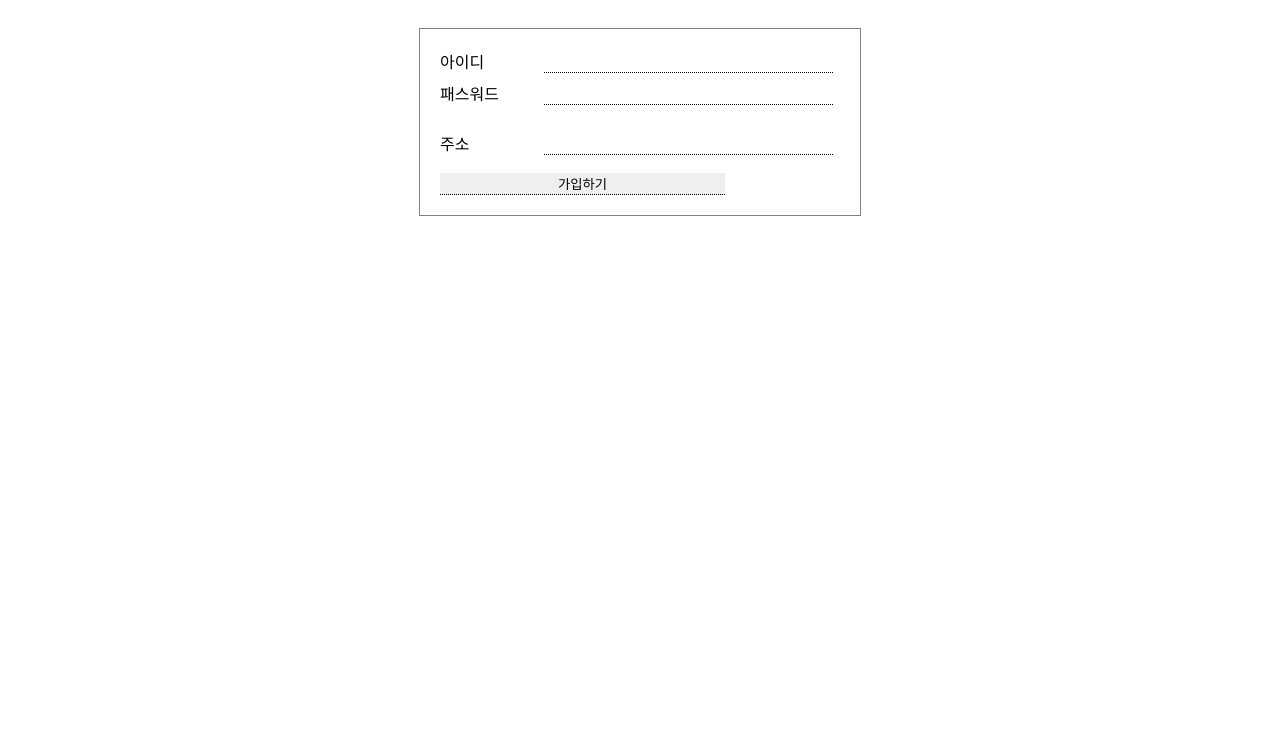
Repository: hyunhub-Park/jspStudy
Page: jspStudy/src/main/webapp/member/write.html
These files come from the project's save history. The page is drawn as it stood at one moment and after the next save; the edit follows.
The browser window is 1280 px wide. The pictures show the whole page.

Above is the page before, as saved 2024-12-03 12:29:15.

### jspStudy/src/main/webapp/member/write.html
<!DOCTYPE html>
<html lang="en">
<head>
    <meta charset="UTF-8">
    <meta name="viewport" content="width=device-width, initial-scale=1.0">
    <title>Register</title>
    <style>
        body
        {
            padding-top: 20px;
            height: 100vh;
        }

        form
        {
            width: 400px;
            margin: 0 auto;
            padding: 20px;
            border: 1px solid gray;
        }

        form label
        {
            display: inline-block;
            width: 100px;
        }

        form input #id
        {
            width: 100%;
            padding: 8px;
            display: block;
            background-color: aquamarine;
        }

/*         form button
        {
            width: 100%;
            padding: 8px;
            display: block;
            background-color: aquamarine;
        } */

/*         form #addr2
        {
            margin-left: 105px;
        } */

        form input
        {
            display: inline-block;
            width: 285px;
            border: none;
            border-bottom: 1px dotted black;
            outline: none;
        }

/*         #email1, #email2
        {
            width: 130px
        } */

        form p
        {
            font-size: 8px;
            margin-left: 105px;
        }
    </style>
    <script>
        // function onLoad ()
        // {
        //     // 객체 찾기.
        //     const pwd = document.querySelector('#pwd');
        //     const id =  document.querySelector('#id');
        //     const pwd_ck = document.querySelector('#pwd_ch');

        //     // 이벤트 리스너 등록 및 핸들러 처리.
        //     pwd.addEventListener("click", () =>
        //     {
        //         pwd.nextSibling.textContent = "영문자, 대소문자, 특수문자, 숫자 포함 8-32자."
        //     });

        //     id.addEventListener ("blur", ()=>
        //     {
        //         if(id.value.lenth <= 0)
        //         {
        //             idText.nextSibling.textContent = "필수입력항목";
        //         }
        //     });

        //     pwd.addEventListener ("blur", ()=>
        //     {
        //         if(pwd.value.lenth <= 0)
        //         {
        //             pwd.nextSibling.textContent = "필수입력항목";
        //         }
        //     });

        //     pwd_ck.addEventListener ("blur", ()=>
        //     {
        //         if(pwd_ck.value.lenth <= 0)
        //         {
        //             pwd_ck.nextSibling.textContent = "필수입력항목";
        //         }
        //     });

        //     // pwd_ch.addEventListener("blur", () => validate(pwd_ck));

        //     // function validate (obj)
        //     // {
        //     //     if (obj.value.lenth <= 0)
        //     //     obj.nextSibling.textContent = "필수입력항목";
        //     // }
        // }
    </script>
</head>
<body>
    <form action="/jspStudy/memberInsert" method="post">
        <label for="id">아이디</label>
        <input type="text" name="id" id="id"><p id="idText"></p>
        <label for="pwd" method="post">패스워드</label>
        <input type="password" name="pwd" id="pwd"><p id="idPwd"></p>
        <br>
        <label for="addr1">주소</label>
        <input type="text" name="addr1" id="addr1"> <br> <br>
        <!-- <input type="text" name="addr2" id="addr2"> <br> <br> -->
				<!-- <button type="subit">가입</button> -->
        <input type="submit" value="가입하기" id="signIn"></input>
    </form>
</body>
</html>

After the next save:
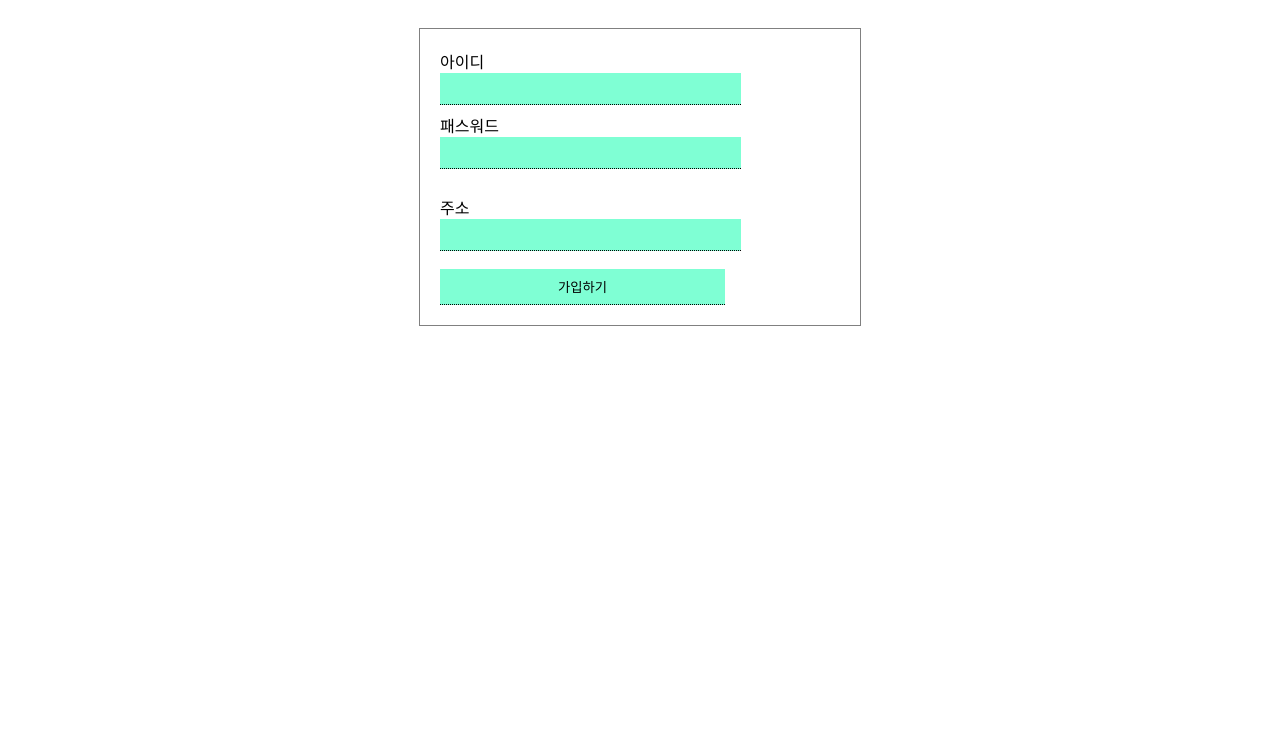
Saved 15 s later.
--- a/jspStudy/src/main/webapp/member/write.html
+++ b/jspStudy/src/main/webapp/member/write.html
@@ -25,7 +25,7 @@
             width: 100px;
         }
 
-        form input #id
+        form input
         {
             width: 100%;
             padding: 8px;

After the save that followed:
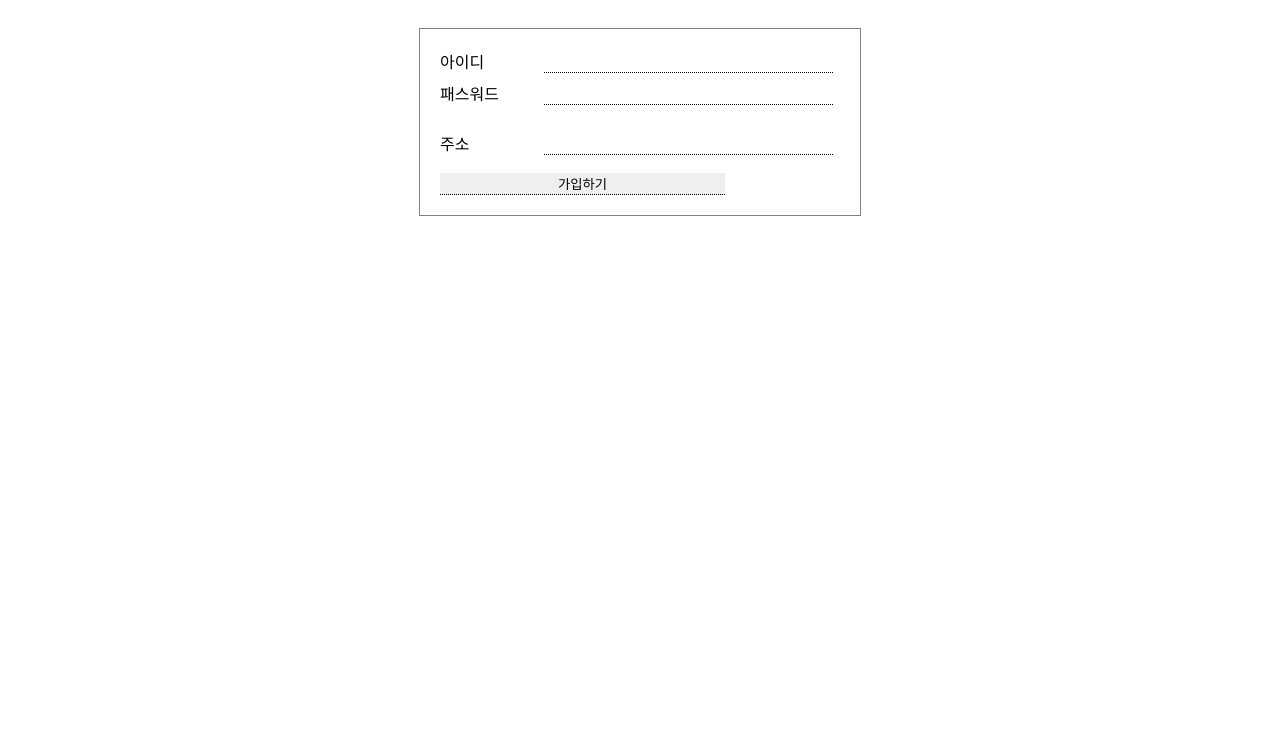
Saved 20 s later.
--- a/jspStudy/src/main/webapp/member/write.html
+++ b/jspStudy/src/main/webapp/member/write.html
@@ -25,7 +25,7 @@
             width: 100px;
         }
 
-        form input
+        form input signIn
         {
             width: 100%;
             padding: 8px;
